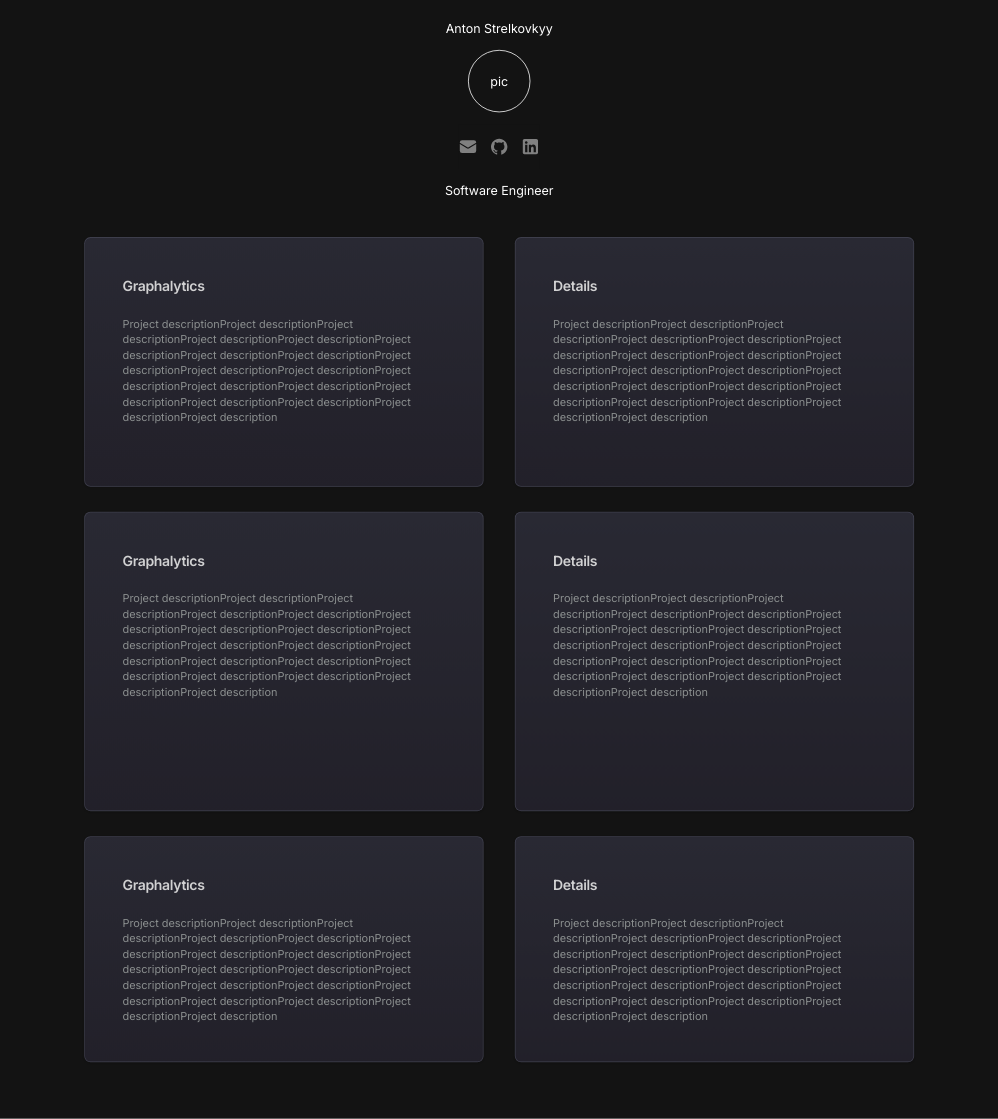
Repository: Fortivera/Anton
Page: /
An editor plug-in stored every save of this project. The page is shown before and after the next save, followed by the edit.
The browser window is 1280 px wide. The pictures show the whole page, at 78% of full size.
The project was rebuilt for these pictures with package versions that can differ from the ones it lists, and the page was loaded fresh each time. The framework's server and built-in components were replaced by stand-ins that run in the browser. Also part of the build but not shown: next.config.mjs.

Above is the page before, as saved 2024-05-02 16:07:07.

### app/layout.tsx
import type { Metadata } from "next";
import { Inter } from "next/font/google";
import "./globals.css";
import { cn } from "@/lib/utils"

const inter = Inter({ subsets: ["latin"] });

export const metadata: Metadata = {
  title: "Create Next App",
  description: "Generated by create next app",
};

export default function RootLayout({
  children,
}: Readonly<{
  children: React.ReactNode;
}>) {
  return (
    <html lang="en">
      <body className={cn(
          "min-h-screen bg-[#c2b3b3] font-sans antialiased",
          inter.className
        )}>{children}</body>
    </html>
  );
}

### app/page.tsx
import Footer from "@/components/Footer";
import Header from "@/components/Header";
import {
  Card,
  CardContent,
  CardDescription,
  CardFooter,
  CardHeader,
  CardTitle,
} from "@/components/ui/card"
import GlassyComponent from "@/components/ui/glasscard";
import Image from "next/image";

export default function Home() {
  return (
    <div className="min-h-screen w-full flex flex-col text-white text-base">
      {/* <Header /> */}
      <main className="flex flex-col bg-[#131313] w-full mx-auto p-6 flex-grow">
        <section id="about_me" className="container mx-auto px-4">
          <div className="flex flex-col items-center space-y-4">
            <p>Anton Strelkovkyy</p>
            <div className="flex justify-center items-center rounded-full border border-white h-20 w-20">pic</div>
            <Footer />
            <p className="flex justify-center items-center w-[30rem]">Software Engineer</p>
          </div>
        </section>
        <section className="hidden sm:grid grid-cols-1 gap-8 justify-items-center py-12" id="projects">
          <div className="flex flex-row space-x-10">
            <Card className="max-w-lg h-[20rem] relative p-6 border rounded-lg bg-opacity-10 bg-[#9d94e9] border-[#60647872] bg-gradient-to-b from-[#35374366] to-[#24212b65]">
              <CardHeader>
                <CardTitle className="text-lg font-semibold text-[#D1D1D2]">Graphalytics</CardTitle>
              </CardHeader>
              <CardContent className="text-[#8b8f8f]">
                <CardDescription>
                  Project descriptionProject descriptionProject descriptionProject descriptionProject descriptionProject descriptionProject descriptionProject descriptionProject descriptionProject descriptionProject descriptionProject descriptionProject descriptionProject descriptionProject descriptionProject descriptionProject descriptionProject descriptionProject description
                </CardDescription>
              </CardContent>
            </Card>
            <Card className="max-w-lg relative p-6 border rounded-lg bg-opacity-10 bg-[#9d94e9] border-[#60647872] bg-gradient-to-b from-[#35374366] to-[#24212b65]">
              <CardHeader>
                <CardTitle className="text-lg font-semibold text-[#D1D1D2]">Details</CardTitle>
              </CardHeader>
              <CardContent className="text-[#8b8f8f]">
                <CardDescription>
                  Project descriptionProject descriptionProject descriptionProject descriptionProject descriptionProject descriptionProject descriptionProject descriptionProject descriptionProject descriptionProject descriptionProject descriptionProject descriptionProject descriptionProject descriptionProject descriptionProject descriptionProject descriptionProject description
                </CardDescription>
              </CardContent>
            </Card>

          </div>
          <div className="flex flex-col sm:flex-row space-x-10">
            <Card className="max-w-lg h-96 relative p-6 border rounded-lg bg-opacity-10 bg-[#9d94e9] border-[#60647872] bg-gradient-to-b from-[#35374366] to-[#24212b65] overflow-y-auto">
              <CardHeader>
                <CardTitle className="text-lg font-semibold text-[#D1D1D2]">Graphalytics</CardTitle>
              </CardHeader>
              <CardContent className="text-[#8b8f8f]">
                <CardDescription>
                  Project descriptionProject descriptionProject descriptionProject descriptionProject descriptionProject descriptionProject descriptionProject descriptionProject descriptionProject descriptionProject descriptionProject descriptionProject descriptionProject descriptionProject descriptionProject descriptionProject descriptionProject descriptionProject description
                </CardDescription>
              </CardContent>
            </Card>
            <Card className="max-w-lg relative p-6 border rounded-lg bg-opacity-10 bg-[#9d94e9] border-[#60647872] bg-gradient-to-b from-[#35374366] to-[#24212b65]">
              <CardHeader>
                <CardTitle className="text-lg font-semibold text-[#D1D1D2]">Details</CardTitle>
              </CardHeader>
              <CardContent className="text-[#8b8f8f]">
                <CardDescription>
                  Project descriptionProject descriptionProject descriptionProject descriptionProject descriptionProject descriptionProject descriptionProject descriptionProject descriptionProject descriptionProject descriptionProject descriptionProject descriptionProject descriptionProject descriptionProject descriptionProject descriptionProject descriptionProject description
                </CardDescription>
              </CardContent>
            </Card>

          </div>
          <div className="flex flex-col sm:flex-row space-x-10">
            <Card className="max-w-lg relative p-6 border rounded-lg bg-opacity-10 bg-[#9d94e9] border-[#60647872] bg-gradient-to-b from-[#35374366] to-[#24212b65]">
              <CardHeader>
                <CardTitle className="text-lg font-semibold text-[#D1D1D2]">Graphalytics</CardTitle>
              </CardHeader>
              <CardContent className="text-[#8b8f8f]">
                <CardDescription>
                  Project descriptionProject descriptionProject descriptionProject descriptionProject descriptionProject descriptionProject descriptionProject descriptionProject descriptionProject descriptionProject descriptionProject descriptionProject descriptionProject descriptionProject descriptionProject descriptionProject descriptionProject descriptionProject description
                </CardDescription>
              </CardContent>
            </Card>
            <Card className="max-w-lg relative p-6 border rounded-lg bg-opacity-10 bg-[#9d94e9] border-[#60647872] bg-gradient-to-b from-[#35374366] to-[#24212b65]">
              <CardHeader>
                <CardTitle className="text-lg font-semibold text-[#D1D1D2]">Details</CardTitle>
              </CardHeader>
              <CardContent className="text-[#8b8f8f]">
                <CardDescription>
                  Project descriptionProject descriptionProject descriptionProject descriptionProject descriptionProject descriptionProject descriptionProject descriptionProject descriptionProject descriptionProject descriptionProject descriptionProject descriptionProject descriptionProject descriptionProject descriptionProject descriptionProject descriptionProject description
                </CardDescription>
              </CardContent>
            </Card>

          </div>
        </section>
        {/* mobile view */}
        <section className="sm:hidden grid grid-cols-1 gap-8 justify-items-center py-12" id="projects">
          <div className="flex flex-row space-x-10">
            <Card className="max-w-lg relative p-6 border rounded-lg overflow-y-auto bg-opacity-10 bg-[#9d94e9] border-[#60647872] bg-gradient-to-b from-[#35374366] to-[#24212b65]">
              <CardHeader>
                <CardTitle className="text-lg font-semibold text-[#D1D1D2]">Graphalytics</CardTitle>
              </CardHeader>
              <CardContent className="text-[#8b8f8f]">
                <CardDescription>
                  Project descriptionProject descriptionProject descriptionProject descriptionProject descriptionProject descriptionProject descriptionProject descriptionProject descriptionProject descriptionProject descriptionProject descriptionProject descriptionProject descriptionProject descriptionProject descriptionProject descriptionProject descriptionProject description
                </CardDescription>
              </CardContent>
            </Card>
          </div>
          <div className="flex flex-col sm:flex-row space-x-10">
            <Card className="max-w-lg relative p-6 border rounded-lg bg-opacity-10 bg-[#9d94e9] border-[#60647872] bg-gradient-to-b from-[#35374366] to-[#24212b65]">
              <CardHeader>
                <CardTitle className="text-lg font-semibold text-[#D1D1D2]">Graphalytics</CardTitle>
              </CardHeader>
              <CardContent className="text-[#8b8f8f]">
                <CardDescription>
                  Project descriptionProject descriptionProject descriptionProject descriptionProject descriptionProject descriptionProject descriptionProject descriptionProject descriptionProject descriptionProject descriptionProject descriptionProject descriptionProject descriptionProject descriptionProject descriptionProject descriptionProject descriptionProject description
                </CardDescription>
              </CardContent>
            </Card>
          </div>
          <div className="flex flex-col sm:flex-row space-x-10">
            <Card className="max-w-lg relative p-6 border rounded-lg bg-opacity-10 bg-[#9d94e9] border-[#60647872] bg-gradient-to-b from-[#35374366] to-[#24212b65]">
              <CardHeader>
                <CardTitle className="text-lg font-semibold text-[#D1D1D2]">Graphalytics</CardTitle>
              </CardHeader>
              <CardContent className="text-[#8b8f8f]">
                <CardDescription>
                  Project descriptionProject descriptionProject descriptionProject descriptionProject descriptionProject descriptionProject descriptionProject descriptionProject descriptionProject descriptionProject descriptionProject descriptionProject descriptionProject descriptionProject descriptionProject descriptionProject descriptionProject descriptionProject description
                </CardDescription>
              </CardContent>
            </Card>
          </div>
        </section>
      </main>


    </div>
  );
}

### components/Footer.tsx
import Image from "next/image"


export default function Footer() {
    return (
        <footer className="flex justify-center gap-4 h-14 p- bg-[#131313]">
            <Image src="/mail.svg" alt={"Email"} width={24} height={24} />
            <Image src="/github.svg" alt={"GitHub"} width={24} height={24} />
            <Image src="/linkedin.svg" alt={"Linkedin"} width={24} height={24} />
        </footer>
    )
}

### components/ui/card.tsx
import * as React from "react"

import { cn } from "@/lib/utils"

const Card = React.forwardRef<
  HTMLDivElement,
  React.HTMLAttributes<HTMLDivElement>
>(({ className, ...props }, ref) => (
  <div
    ref={ref}
    className={cn(
      "rounded-xl border bg-card text-card-foreground shadow",
      className
    )}
    {...props}
  />
))
Card.displayName = "Card"

const CardHeader = React.forwardRef<
  HTMLDivElement,
  React.HTMLAttributes<HTMLDivElement>
>(({ className, ...props }, ref) => (
  <div
    ref={ref}
    className={cn("flex flex-col space-y-1.5 p-6", className)}
    {...props}
  />
))
CardHeader.displayName = "CardHeader"

const CardTitle = React.forwardRef<
  HTMLParagraphElement,
  React.HTMLAttributes<HTMLHeadingElement>
>(({ className, ...props }, ref) => (
  <h3
    ref={ref}
    className={cn("font-semibold leading-none tracking-tight", className)}
    {...props}
  />
))
CardTitle.displayName = "CardTitle"

const CardDescription = React.forwardRef<
  HTMLParagraphElement,
  React.HTMLAttributes<HTMLParagraphElement>
>(({ className, ...props }, ref) => (
  <p
    ref={ref}
    className={cn("text-sm text-muted-foreground", className)}
    {...props}
  />
))
CardDescription.displayName = "CardDescription"

const CardContent = React.forwardRef<
  HTMLDivElement,
  React.HTMLAttributes<HTMLDivElement>
>(({ className, ...props }, ref) => (
  <div ref={ref} className={cn("p-6 pt-0", className)} {...props} />
))
CardContent.displayName = "CardContent"

const CardFooter = React.forwardRef<
  HTMLDivElement,
  React.HTMLAttributes<HTMLDivElement>
>(({ className, ...props }, ref) => (
  <div
    ref={ref}
    className={cn("flex items-center p-6 pt-0", className)}
    {...props}
  />
))
CardFooter.displayName = "CardFooter"

export { Card, CardHeader, CardFooter, CardTitle, CardDescription, CardContent }

### tailwind.config.ts
import type { Config } from "tailwindcss"

const config = {
  darkMode: ["class"],
  content: [
    './pages/**/*.{ts,tsx}',
    './components/**/*.{ts,tsx}',
    './app/**/*.{ts,tsx}',
    './src/**/*.{ts,tsx}',
  ],
  prefix: "",
  theme: {
    container: {
      center: true,
      padding: "2rem",
      screens: {
        "2xl": "1400px",
      },
    },
    extend: {
      keyframes: {
        "accordion-down": {
          from: { height: "0" },
          to: { height: "var(--radix-accordion-content-height)" },
        },
        "accordion-up": {
          from: { height: "var(--radix-accordion-content-height)" },
          to: { height: "0" },
        },
      },
      animation: {
        "accordion-down": "accordion-down 0.2s ease-out",
        "accordion-up": "accordion-up 0.2s ease-out",
      },
    },
  },
  plugins: [
    require("tailwindcss-animate"),
    require('@tailwindcss/typography'),
  ],
} satisfies Config

export default config

Loaded but not shown: app/globals.css (common file); lib/utils.ts (common file)

After the next save:
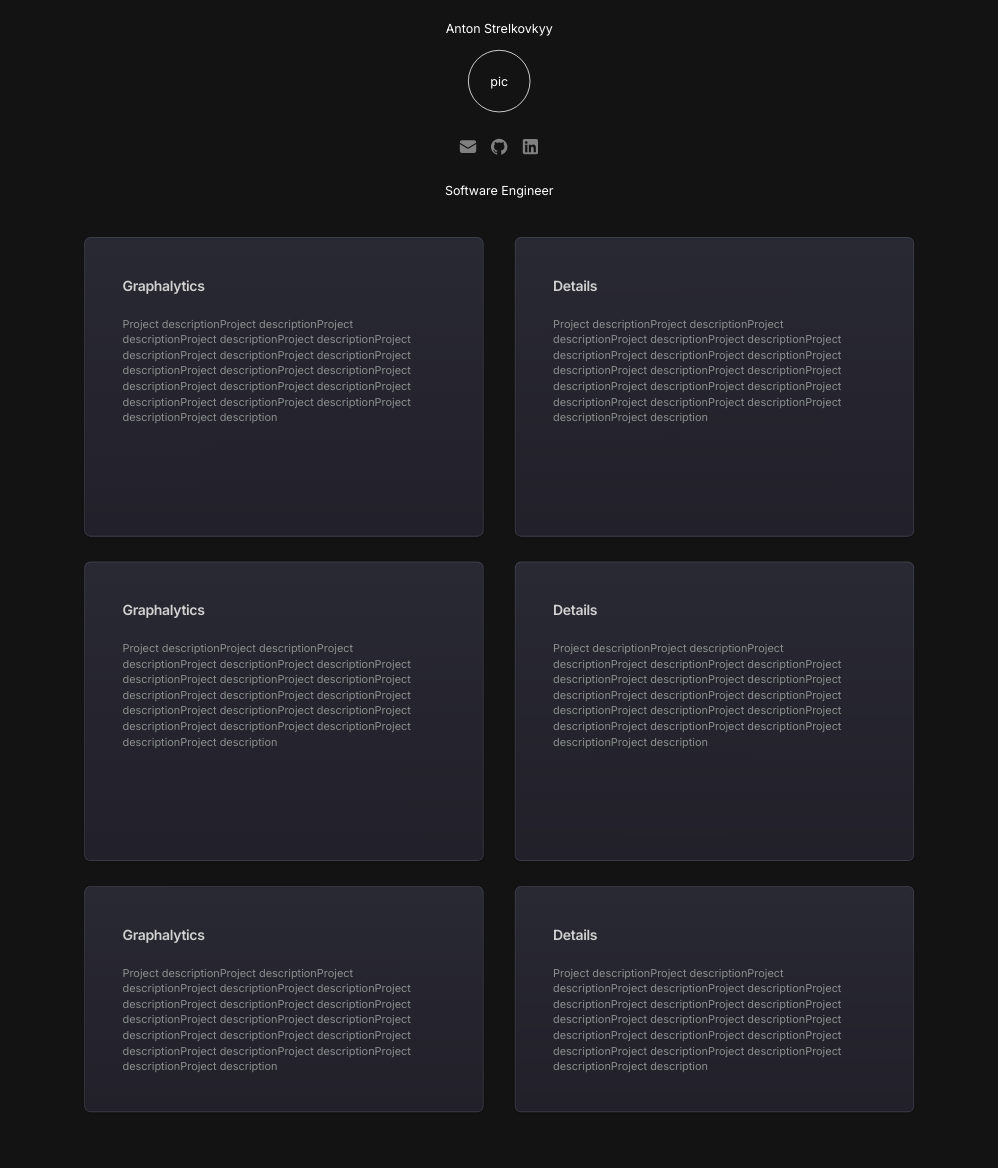
Saved 6 s later.
--- a/app/page.tsx
+++ b/app/page.tsx
@@ -26,7 +26,7 @@ export default function Home() {
         </section>
         <section className="hidden sm:grid grid-cols-1 gap-8 justify-items-center py-12" id="projects">
           <div className="flex flex-row space-x-10">
-            <Card className="max-w-lg h-[20rem] relative p-6 border rounded-lg bg-opacity-10 bg-[#9d94e9] border-[#60647872] bg-gradient-to-b from-[#35374366] to-[#24212b65]">
+            <Card className="max-w-lg h-[24rem] relative p-6 border rounded-lg bg-opacity-10 bg-[#9d94e9] border-[#60647872] bg-gradient-to-b from-[#35374366] to-[#24212b65]">
               <CardHeader>
                 <CardTitle className="text-lg font-semibold text-[#D1D1D2]">Graphalytics</CardTitle>
               </CardHeader>
